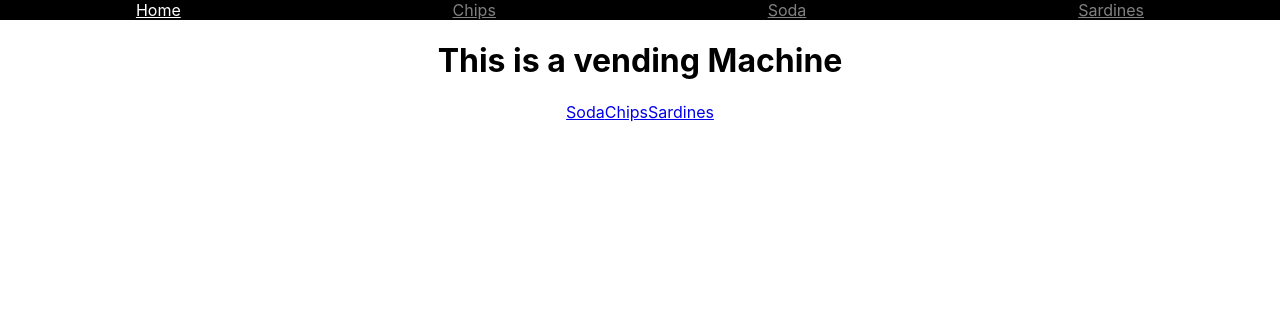
Repository: zhapar/vending-machine
Page: /
An editor plug-in stored every save of this project. The page is shown before and after the next save, followed by the edit.
The browser window is 1280 px wide. The pictures show the whole page.
The project was rebuilt for these pictures with package versions that can differ from the ones it lists, and the page was loaded fresh each time. Also part of the build but not shown: src/Chips.js, src/Sardines.js, src/Soda.js.

Above is the page before, as saved 2020-09-01 18:53:06.

After the next save:
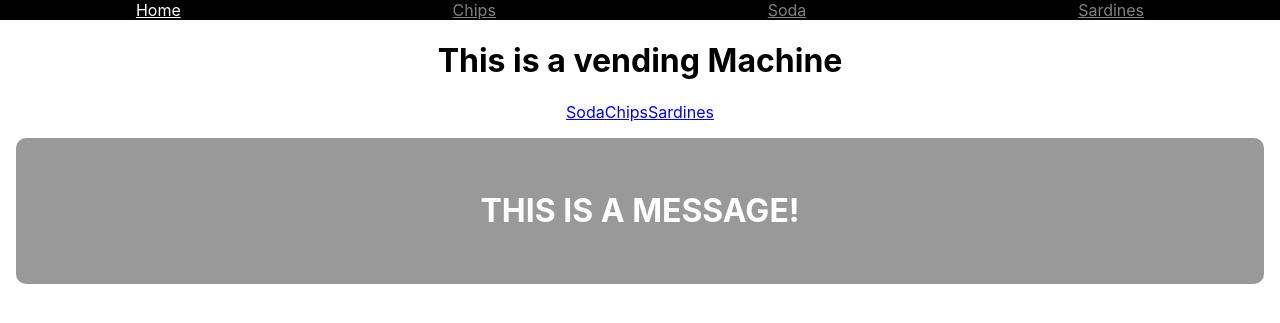
Saved 29 s later.
--- a/src/VendingMachine.js
+++ b/src/VendingMachine.js
@@ -1,5 +1,6 @@
 import React, { Component } from "react";
 import { Link } from "react-router-dom";
+import Message from "./Message";
 
 class VendingMachine extends Component {
   render() {
@@ -9,6 +10,7 @@ class VendingMachine extends Component {
         <Link to="/soda">Soda</Link>
         <Link to="/chips">Chips</Link>
         <Link to="/sardines">Sardines</Link>
+        <Message />
       </div>
     );
   }
